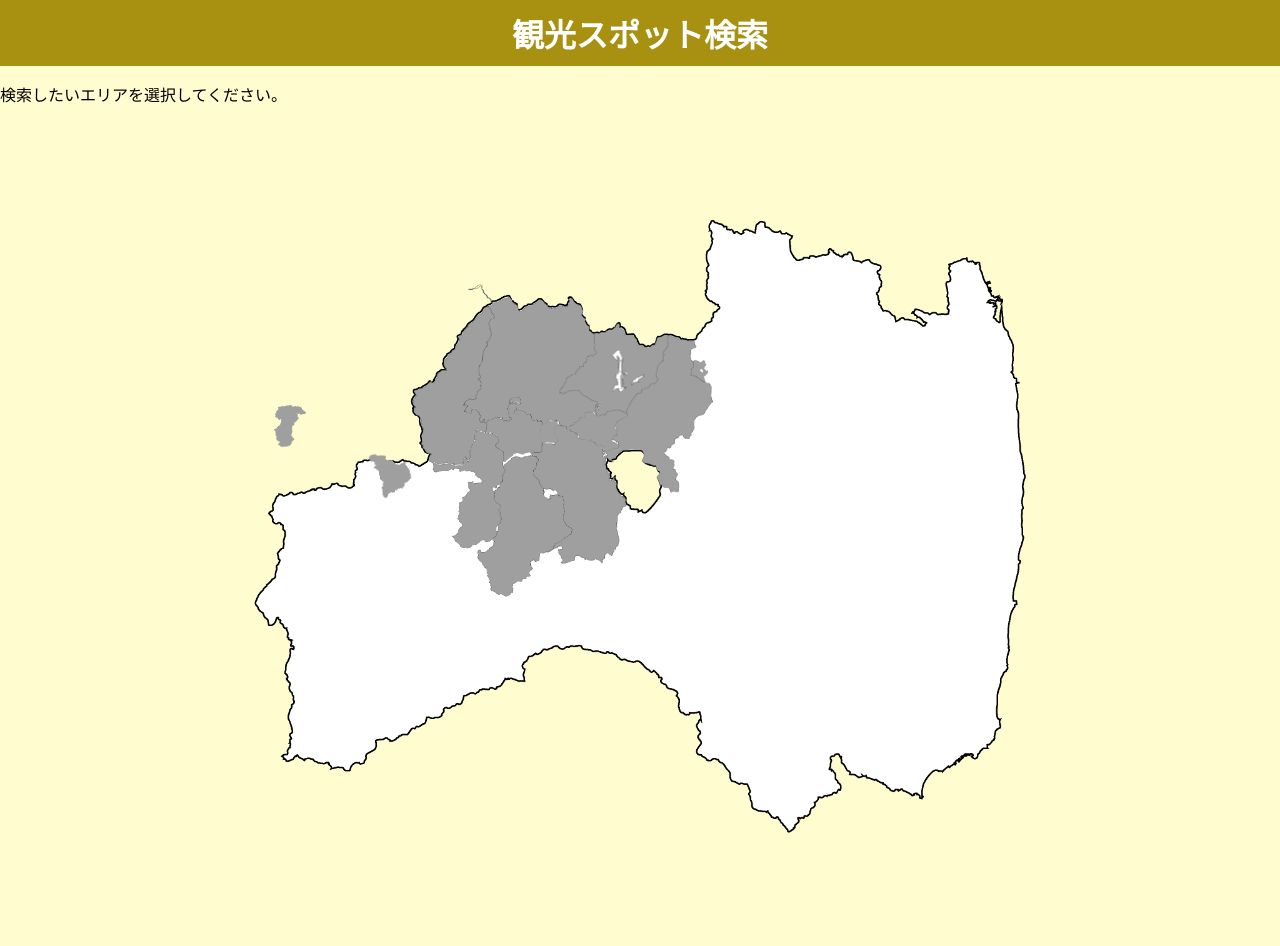
Repository: ryoutana/tanaryou.github.io
Page: Downloads/project/index.html
These files come from the project's save history. The page is drawn as it stood at one moment and after a run of saves; the edit follows.
The browser window is 1280 px wide. The pictures show the whole page.

Above is the page before, as saved 2025-04-29 13:55:04.

### Downloads/project/index.html
<!DOCTYPE html>
<html lang="ja">
<head>
    <meta charset="UTF-8">
    <meta name="viewport" content="width=device-width, initial-scale=1.0">
    <title>観光スポット検索</title>
    <link rel="stylesheet" href="styles.css">
</head>
<body>
    <header>
        <h1 id="pageTitle">観光スポット検索</h1>
    </header>
    <main>
        <section id="intro">
            <p id="introText">検索したいエリアを選択してください。</p>
            <div id="mapContainer">
                <img id="introImage" src="福島県白地図.png" alt="福島県の地図">
                <div id="spotContainer"></div>
            </div>
        </section>
    </main>
    <script src="script.js"></script>
</body>
</html>

### Downloads/project/styles.css
/* styles.css */

/* 全体のリセット */
body, html {
    margin: 0;
    padding: 0;
    box-sizing: border-box;
    background-color: #fffdd0; /* 背景色をクリーム色に設定 */
    font-family: Arial, sans-serif;
}

/* ヘッダーのスタイル */
header {
    text-align: center;
    background-color: #a89110; /* ゴールド系の背景色 */
    padding: 10px 0;
}

#pageTitle {
    font-size: 2em;
    margin: 0;
    color: #fff; /* 白文字 */
}

/* 地図全体のコンテナ */
#mapContainer {
    position: relative;
    width: 80%; /* 地図の幅を画面幅に応じて調整 */
    max-width: 800px;
    margin: 20px auto;
    overflow: hidden;
    text-align: center;
}

#introImage {
    width: 100%; /* 地図画像を親要素にフィットさせる */
    height: auto;
    display: block;
    margin: 0 auto;
    z-index: 1;
}

/* スポット画像のコンテナ */
#spotContainer {
    position: absolute;
    top: 0;
    left: 0;
    width: 100%;
    height: 100%;
    z-index: 2;
}

/* スポット画像のスタイル */
.spot-image {
    position: absolute;
    transform: translate(-50%, -50%); /* 中心基準で配置 */
    cursor: pointer;
    transition: filter 0.3s ease;
    filter: brightness(0.8) saturate(0); /* デフォルトで薄い灰色 */
}

.spot-image:hover {
    filter: brightness(1.2) hue-rotate(90deg); /* カーソルが乗ると黄緑 */
}

.spot-image.active {
    filter: brightness(1) hue-rotate(120deg) saturate(2); /* クリックでしっかり緑 */
}

### Downloads/project/script.js
// script.js

// スポットデータ（座標は地図画像内の相対的なピクセル位置）
const spots = [
    { name: '会津坂下町', img: '会津坂下町(白地図).png', x: 275, y: 303, width: 78 },
    { name: '会津若松市', img: '会津若松市(白地図).png', x: 337, y: 368, width: 158 },
    { name: '会津美里町', img: '会津美里町(白地図).png', x: 285, y: 400, width: 160 },
    { name: '喜多方市', img: '喜多方市(白地図).png', x: 291, y: 230, width: 170 },
    { name: '金山町', img: '金山町(白地図).png', x: 450, y: 250, width: 45 },
    { name: '三島町', img: '三島町(白地図).png', x: 50, y: 300, width: 50 },
    { name: '昭和村', img: '昭和村(白地図).png', x: 150, y: 350, width: 55 },
    { name: '西会津町', img: '西会津町(白地図).png', x: 214, y: 260, width: 180 },
    { name: '猪苗代町', img: '猪苗代町(白地図).png', x: 418, y: 288, width: 178 },
    { name: '湯川村', img: '湯川村(白地図).png', x: 309, y: 306, width: 30 },
    { name: '磐梯町', img: '磐梯町(白地図).png', x: 357, y: 304, width: 69 },
    { name: '北塩原村', img: '北塩原村(白地図).png', x: 374, y: 244, width: 123 },
    { name: '柳津町', img: '柳津町(白地図).png', x: 229, y: 363, width: 134 }
];

// スポットを動的に生成
function generateSpots() {
    const spotContainer = document.getElementById('spotContainer');
    const mapContainer = document.getElementById('mapContainer');

    if (!spotContainer || !mapContainer) {
        console.error('Error: 必要な要素が見つかりません。');
        return;
    }

    const mapWidth = mapContainer.offsetWidth; // 地図の幅
    const mapHeight = mapContainer.offsetHeight; // 地図の高さ

    spots.forEach(spot => {
        const img = document.createElement('img');
        img.src = spot.img;
        img.alt = spot.name;
        img.style.width = `${(spot.width / 800) * mapWidth}px`; // 幅を地図のサイズに比例させる
        img.style.left = `${(spot.x / 800) * mapWidth}px`; // x座標を地図のサイズに比例させる
        img.style.top = `${(spot.y / 800) * mapHeight}px`; // y座標を地図のサイズに比例させる
        img.classList.add('spot-image');

        // クリックイベントで色を変更
        img.addEventListener('click', () => {
            if (img.classList.contains('active')) {
                img.classList.remove('active'); // 緑から灰色に戻す
            } else {
                img.classList.add('active'); // 緑にする
            }
        });

        spotContainer.appendChild(img);
    });
}

// 初期化処理
function init() {
    generateSpots();
    console.log('スポット画像の生成が完了しました。');
}

// ページ読み込み時に初期化
window.onload = init;

After the next 22 saves:
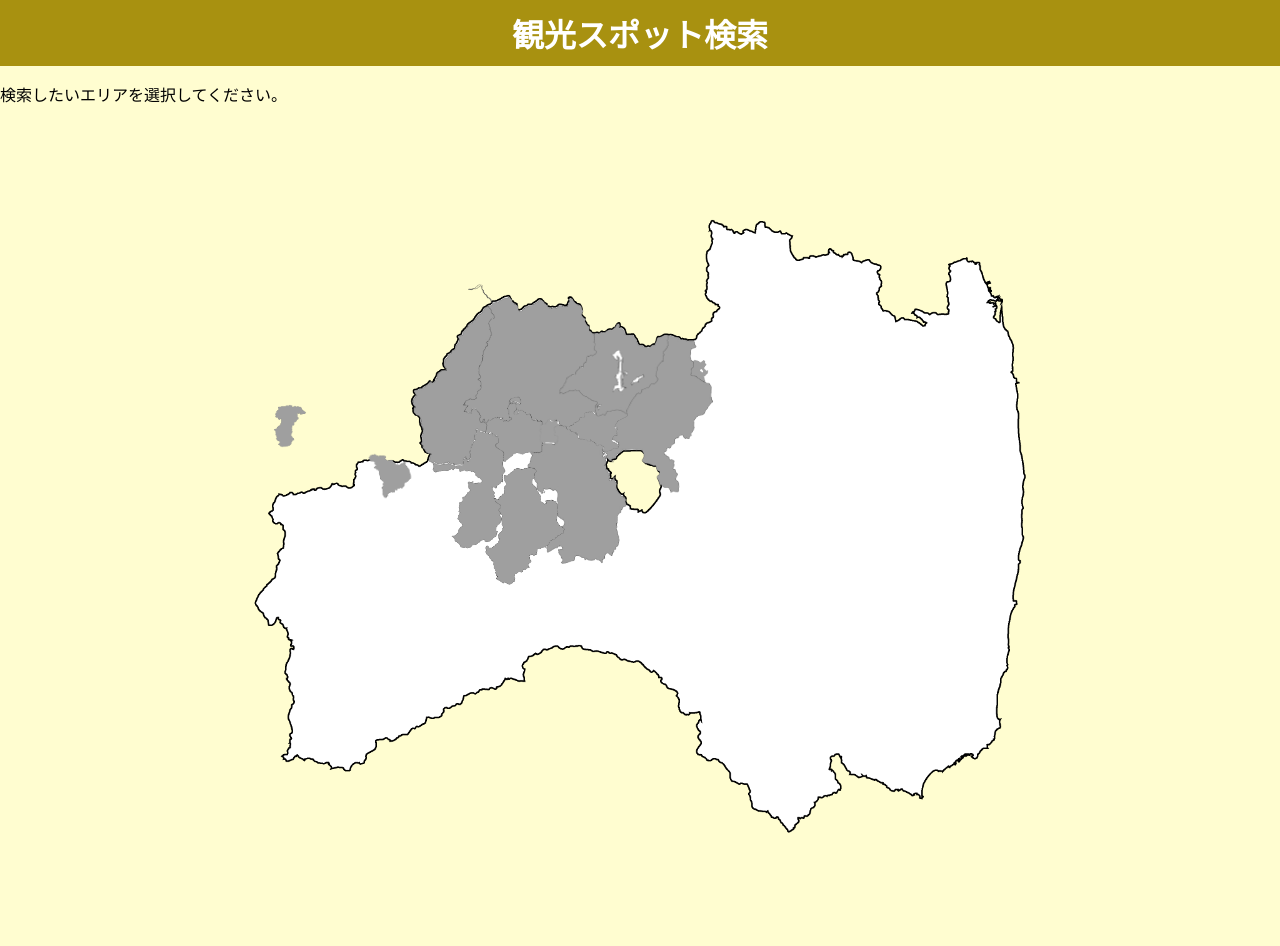
The 22 saves are shown as one change because they came seconds apart.
The last was saved 35 s later.
--- a/Downloads/project/script.js
+++ b/Downloads/project/script.js
@@ -4,7 +4,7 @@
 const spots = [
     { name: '会津坂下町', img: '会津坂下町(白地図).png', x: 275, y: 303, width: 78 },
     { name: '会津若松市', img: '会津若松市(白地図).png', x: 337, y: 368, width: 158 },
-    { name: '会津美里町', img: '会津美里町(白地図).png', x: 285, y: 400, width: 160 },
+    { name: '会津美里町', img: '会津美里町(白地図).png', x: 285, y: 400, width: 133 },
     { name: '喜多方市', img: '喜多方市(白地図).png', x: 291, y: 230, width: 170 },
     { name: '金山町', img: '金山町(白地図).png', x: 450, y: 250, width: 45 },
     { name: '三島町', img: '三島町(白地図).png', x: 50, y: 300, width: 50 },
